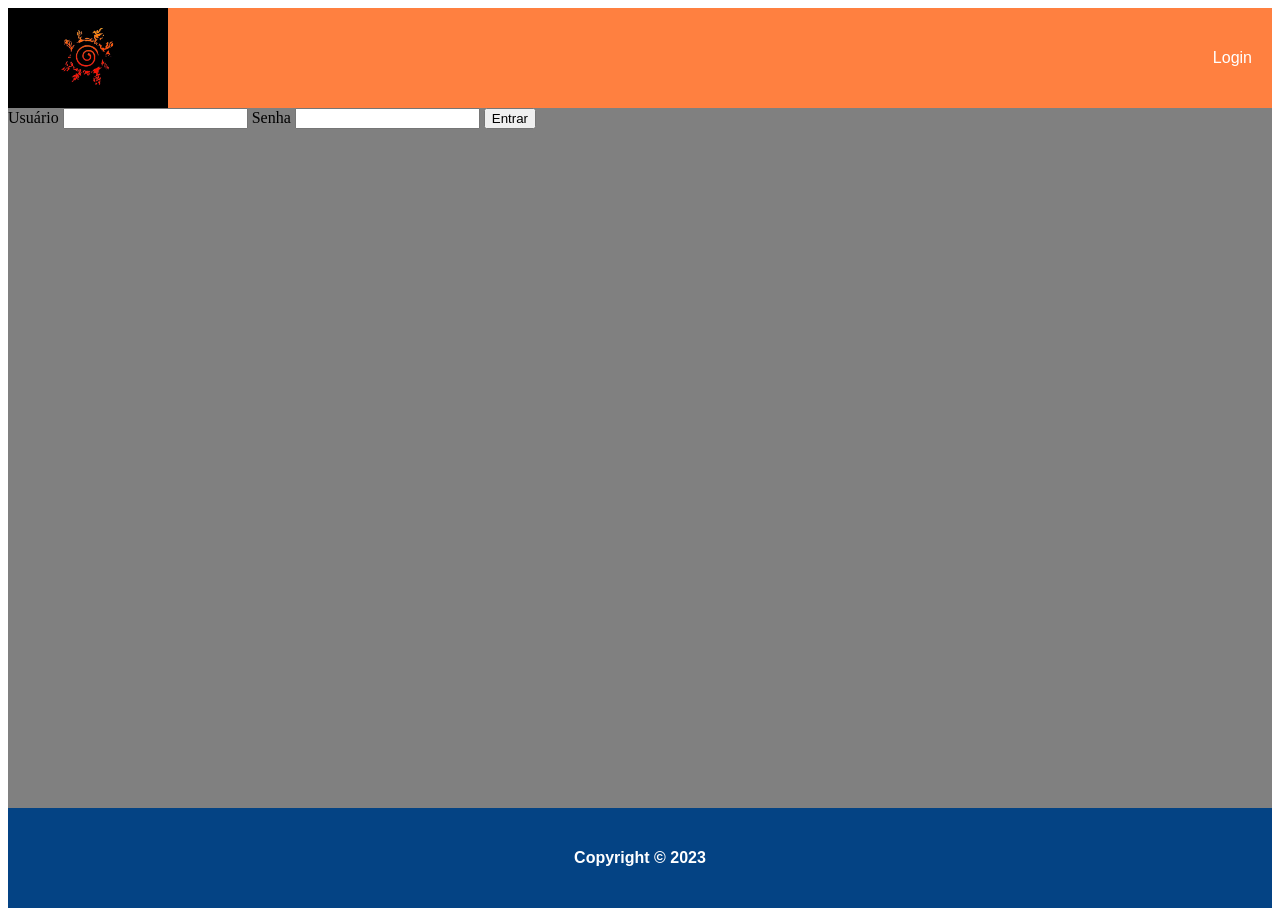
Repository: Jvmferreira/projeto-final-
Page: http://localhost/FinalWeb/
An editor plug-in stored every save of this project. The page is shown before and after the next save, followed by the edit.
The browser window is 1280 px wide. The pictures show the whole page.
The page is served by Tomcat 9.

Above is the page before, as saved 2023-04-12 11:07:51.

After the next save:
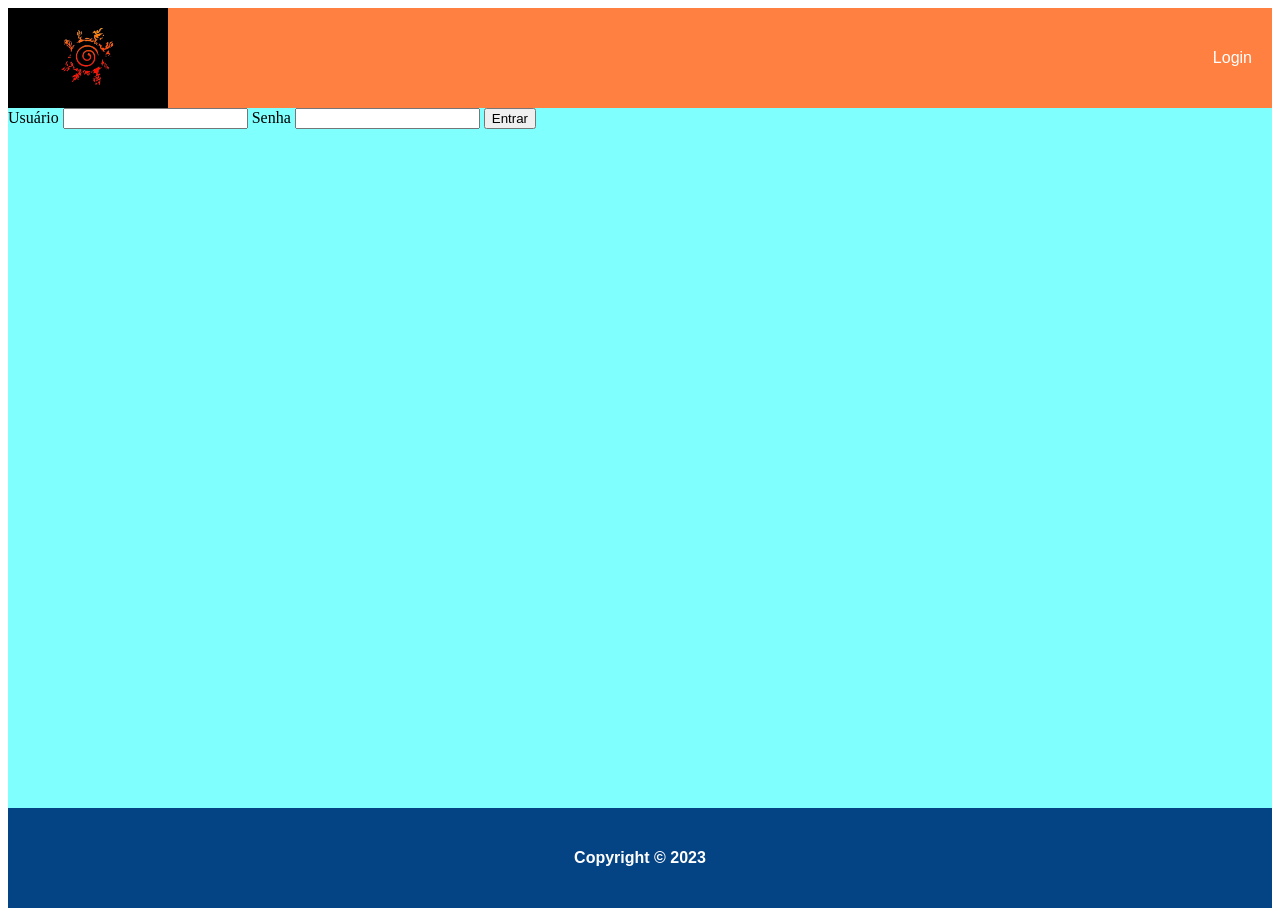
Saved 3 min 20 s later.
--- a/FinalWeb/src/main/webapp/css/estilo.css
+++ b/FinalWeb/src/main/webapp/css/estilo.css
@@ -28,7 +28,7 @@
 #conteudo {
 	display: flex;
 	height: 700px;
-	background-color: gray;
+	background-color: rgb(128, 255, 255);
 }
 
 #rodape {
